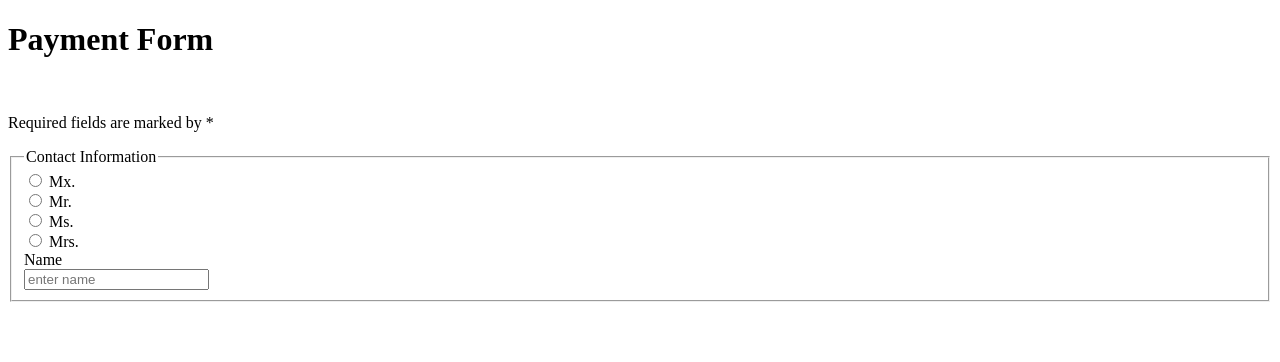
Repository: 10-2-pursuit/lab-intro-to-forms
Page: index.html
The author's editor kept a copy of each file at every save. The page is drawn from the files as they stood at one save, then again after a run of saves.
The browser window is 1280 px wide. The pictures show the whole page.

Above is the page before, as saved 2023-06-13 21:29:53.

After the next 2 saves:
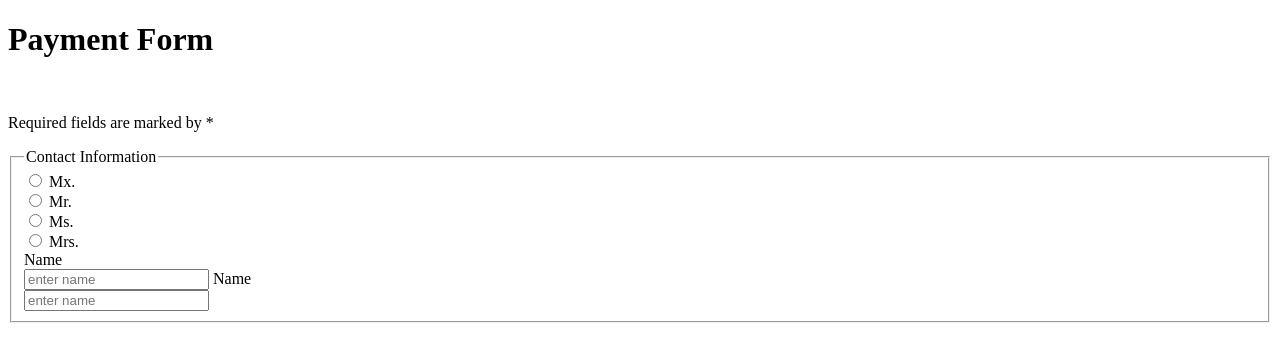
The 2 saves are shown as one change because they came seconds apart.
The last was saved 29 s later.
--- a/index.html
+++ b/index.html
@@ -27,6 +27,10 @@
            <label for="name">Name</label>
            <br>
            <input type="text" name="name" id="Name" placeholder="enter name" required>
+           <label for="name">Name</label>
+<br>
+<input type="text" name="name" id="Name" placeholder="enter name"
+required>
         </fieldset>
     </form>
 
